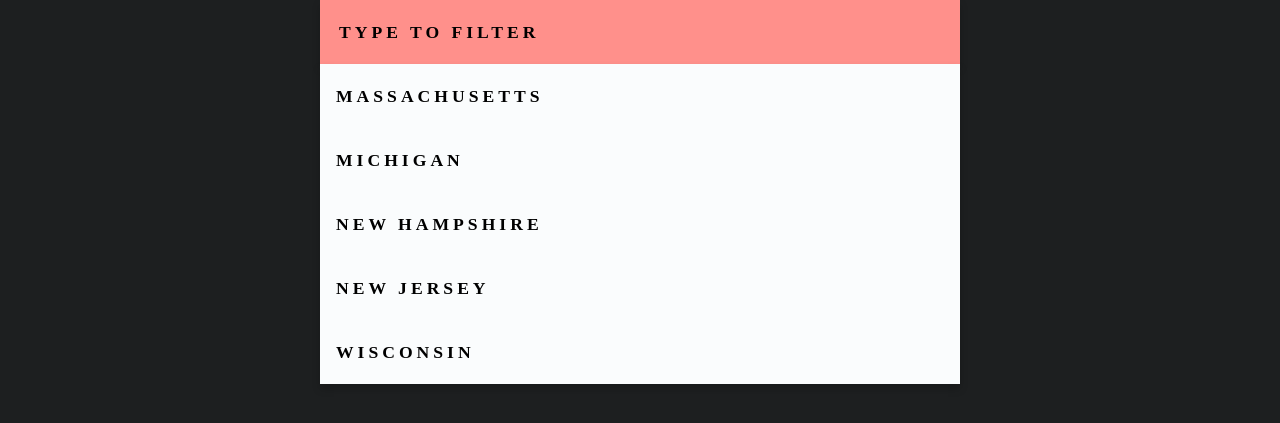
Repository: spihex/stage2-custom-dropdown
Page: index.html
The author's editor kept a copy of each file at every save. The page is drawn from the files as they stood at one save, then again after the next save.
The browser window is 1280 px wide. The pictures show the whole page.

Above is the page before, as saved 2021-02-08 01:48:59.

### index.html
<!DOCTYPE html>
<html lang="ru">

    <head>
        <meta charset="UTF-8">
        <meta name="viewport" content="width=device-width, initial-scale=1.0">
        <title>stage 2 custom dropdown with filter</title>
        <link rel="stylesheet" href="./css/normalize.min.css">
        <link rel="stylesheet" href="./css/main.css">
    </head>

    <body>

        <div class="dropdown">
            <input class="dropdown__input" type="text" value="" placeholder="Type to filter">

            <ul class="dropdown__list">
                <li class="dropdown__item">Massachusetts</li>
                <li class="dropdown__item">Michigan</li>
                <li class="dropdown__item">New Hampshire</li>
                <li class="dropdown__item">New Jersey</li>
                <li class="dropdown__item">Wisconsin</li>
                <li class="dropdown__item">Wyoming</li>
            </ul>
        </div>

        <script src="./js/main.js"></script>
    </body>

</html>

### css/normalize.min.css
/*! normalize.css v8.0.1 */html{line-height:1.15;-webkit-text-size-adjust:100%}body{margin:0}main{display:block}h1{font-size:2em;margin:.67em 0}hr{box-sizing:content-box;height:0;overflow:visible}pre{font-family:monospace,monospace;font-size:1em}a{background-color:transparent}abbr[title]{border-bottom:none;text-decoration:underline;-webkit-text-decoration:underline dotted;text-decoration:underline dotted}b,strong{font-weight:bolder}code,kbd,samp{font-family:monospace,monospace;font-size:1em}small{font-size:80%}sub,sup{font-size:75%;line-height:0;position:relative;vertical-align:baseline}sub{bottom:-.25em}sup{top:-.5em}img{border-style:none}button,input,optgroup,select,textarea{font-family:inherit;font-size:100%;line-height:1.15;margin:0}button,input{overflow:visible}button,select{text-transform:none}[type=button],[type=reset],[type=submit],button{-webkit-appearance:button}[type=button]::-moz-focus-inner,[type=reset]::-moz-focus-inner,[type=submit]::-moz-focus-inner,button::-moz-focus-inner{border-style:none;padding:0}[type=button]:-moz-focusring,[type=reset]:-moz-focusring,[type=submit]:-moz-focusring,button:-moz-focusring{outline:1px dotted ButtonText}fieldset{padding:.35em .75em .625em}legend{box-sizing:border-box;color:inherit;display:table;max-width:100%;padding:0;white-space:normal}progress{vertical-align:baseline}textarea{overflow:auto}[type=checkbox],[type=radio]{box-sizing:border-box;padding:0}[type=number]::-webkit-inner-spin-button,[type=number]::-webkit-outer-spin-button{height:auto}[type=search]{-webkit-appearance:textfield;outline-offset:-2px}[type=search]::-webkit-search-decoration{-webkit-appearance:none}::-webkit-file-upload-button{-webkit-appearance:button;font:inherit}details{display:block}summary{display:list-item}template{display:none}[hidden]{display:none}*,*:after,*:before{box-sizing:border-box}img{max-width:100%}

### css/main.css
* {
    margin: 0;
    padding: 0;
    box-sizing: border-box;
}

body {
    display: flex;
    flex-direction: column;
    width: 100%;
    height: 100vh;
    align-items: center;
    justify-content: flex-start;
    font-family: "Ek Mukta";
    text-transform: uppercase;
    font-weight: 600;
    letter-spacing: 4px;
    background: #1D1F20;
}

h1 {
    margin-top: 10vh;
    font-size: 2.5rem;
    max-width: 500px;
    letter-spacing: 3px;
    text-align: center;
    line-height: 1.5;
    font-family: "Open Sans";
    text-transform: capitalize;
    font-weight: 800;
    color: white;
}

h1 span {
    color: #FF908B;
}

.dropdown {
    position: relative;
    width: 50%;
}

.dropdown__input, .dropdown__list {
    position: absolute;
    top: 0;
    left: 0;
    width: 100%;
}

.dropdown__input {
    font-family: "Ek Mukta";
    text-transform: uppercase;
    font-weight: 600;
    letter-spacing: 4px;
    height: 4rem;
    font-size: 1.1rem;
    padding: 1rem;
    background-color: #FAFCFD;
    border: 3px solid transparent;
    transition: 0.3s ease-in-out;
}

.dropdown__input::-webkit-input-placeholder {
    color: #333;
}

.dropdown__input:hover {
    background-color: #FF908B;
    cursor: pointer;
}

.dropdown__input:hover::-webkit-input-placeholder {
    color: #333;
}

.dropdown__input:focus, .dropdown__input.open {
    box-shadow: 0px 5px 8px 0px rgba(0, 0, 0, 0.2);
    outline: 0;
    background-color: #FF908B;
    color: #000;
}

.dropdown__input:focus::-webkit-input-placeholder, .dropdown__input.open::-webkit-input-placeholder {
    color: #000;
}

.dropdown__list {
    list-style: none;
    margin-top: 4rem;
    box-shadow: 0px 5px 8px 0px rgba(0, 0, 0, 0.2);
    overflow: hidden;
    max-height: 0;
    transition: 0.3s ease-in-out;
}

.dropdown__list.open {
    max-height: 320px;
    overflow: auto;
}

.dropdown__item {
    position: relative;
    height: 4rem;
    background-color: #FAFCFD;
    padding: 1rem;
    font-size: 1.1rem;
    display: flex;
    align-items: center;
    cursor: pointer;
    transition: background-color 0.3s;
    opacity: 1;
}

.dropdown__item:hover {
    background-color: #FF908B;
}

.dropdown__item.closed {
    max-height: 0;
    overflow: hidden;
    padding: 0;
    opacity: 0;
}

### js/main.js
const dropDownInputField = document.querySelector('.dropdown__input');
const dropdownList = document.querySelector('.dropdown__list');
const dropdownArray = document.querySelectorAll('.dropdown__item');
console.log(typeof dropdownArray)

dropdownList.classList.add('open');
dropDownInputField.focus(); // Demo purposes only
let valueArray = [];
dropdownArray.forEach(item => {
    valueArray.push(item.textContent);
});

const closeDropdown = () => {
    dropdownList.classList.remove('open');
}

dropDownInputField.addEventListener('input', () => {
    dropdownList.classList.add('open');
    let inputValue = dropDownInputField.value.toLowerCase();
    let valueSubstring;
    if (inputValue.length > 0) {
        for (let j = 0; j < valueArray.length; j++) {
            if (!(inputValue.substring(0, inputValue.length) === valueArray[j].substring(0, inputValue.length).toLowerCase())) {
                dropdownArray[j].classList.add('closed');
            } else {
                dropdownArray[j].classList.remove('closed');
            }
        }
    } else {
        for (let i = 0; i < dropdownArray.length; i++) {
            dropdownArray[i].classList.remove('closed');
        }
    }
});

dropdownArray.forEach(item => {
    item.addEventListener('click', (evt) => {
        dropDownInputField.value = item.textContent;
        dropdownArray.forEach(dropdownList => {
            dropdownList.classList.add('closed');
        });
    });
})

dropDownInputField.addEventListener('focus', () => {
    dropDownInputField.placeholder = 'Type to filter';
    dropdownList.classList.add('open');
    dropdownArray.forEach(dropdownList => {
        dropdownList.classList.remove('closed');
    });
});

dropDownInputField.addEventListener('blur', () => {
    dropDownInputField.placeholder = 'Select state';
    dropdownList.classList.remove('open');
});

document.addEventListener('click', (evt) => {
    const isDropdown = dropdownList.contains(evt.target);
    const isInput = dropDownInputField.contains(evt.target);
    if (!isDropdown && !isInput) {
        dropdownList.classList.remove('open');
    }
});

After the next save:
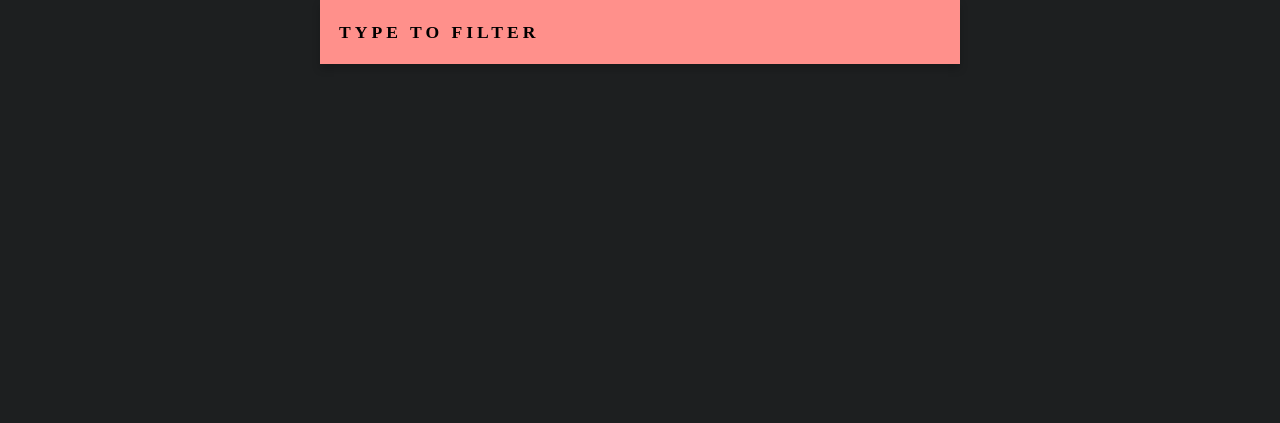
Saved 19 s later.
--- a/js/main.js
+++ b/js/main.js
@@ -1,9 +1,8 @@
 const dropDownInputField = document.querySelector('.dropdown__input');
 const dropdownList = document.querySelector('.dropdown__list');
 const dropdownArray = document.querySelectorAll('.dropdown__item');
-console.log(typeof dropdownArray)
 
-dropdownList.classList.add('open');
+// dropdownList.classList.add('open');
 dropDownInputField.focus(); // Demo purposes only
 let valueArray = [];
 dropdownArray.forEach(item => {
